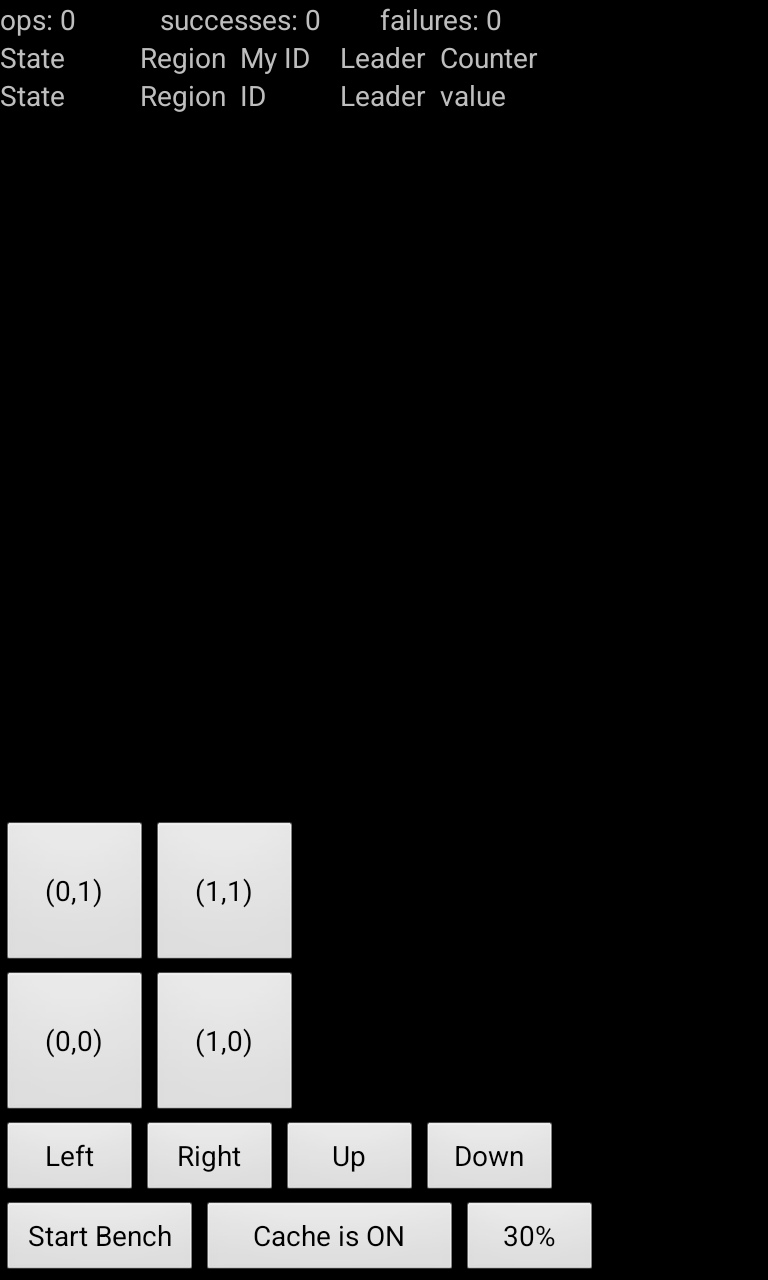
Repository: jasongao/csmcode
Layout: current/workspace/VNConsistent/res/layout/main.xml
The author's editor kept a copy of each file at every save. The layout is drawn from the files as they stood at one save, then again after the next save.
It is drawn on a 768 x 1280 px phone screen (xhdpi) without system bars, with theme android:Theme; the app's code is not run. Lists and similar views that code fills are empty.

Above is the layout before, as saved 2011-07-17 15:39:08.

After the next save:
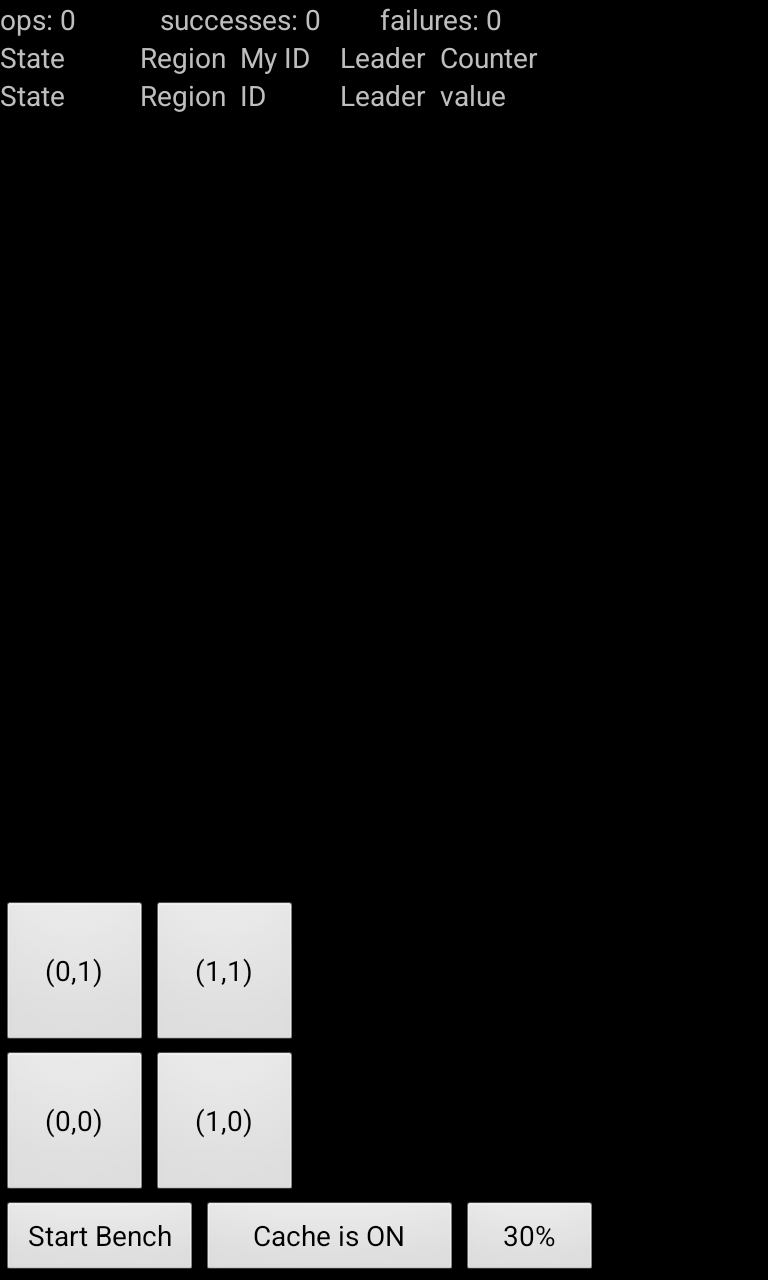
Saved 42 s later.
--- a/current/workspace/VNConsistent/res/layout/main.xml
+++ b/current/workspace/VNConsistent/res/layout/main.xml
@@ -65,19 +65,6 @@
 
 	<LinearLayout android:layout_width="fill_parent"
 		android:orientation="horizontal" android:layout_height="wrap_content"
-		android:id="@+id/RegionButtonLayout">
-		<Button android:text="Left" android:id="@+id/left_button"
-			android:layout_width="70dip" android:layout_height="40dip" />
-		<Button android:text="Right" android:id="@+id/right_button"
-			android:layout_width="70dip" android:layout_height="40dip" />
-		<Button android:text="Up" android:id="@+id/up_button"
-			android:layout_width="70dip" android:layout_height="40dip" />
-		<Button android:text="Down" android:id="@+id/down_button"
-			android:layout_width="70dip" android:layout_height="40dip" />
-	</LinearLayout>
-
-	<LinearLayout android:layout_width="fill_parent"
-		android:orientation="horizontal" android:layout_height="wrap_content"
 		android:id="@+id/TestButtonsLayout">
 		<Button android:text="Start Bench" android:layout_width="100dip"
 			android:id="@+id/switchbench_button" android:layout_height="40dip"></Button>
